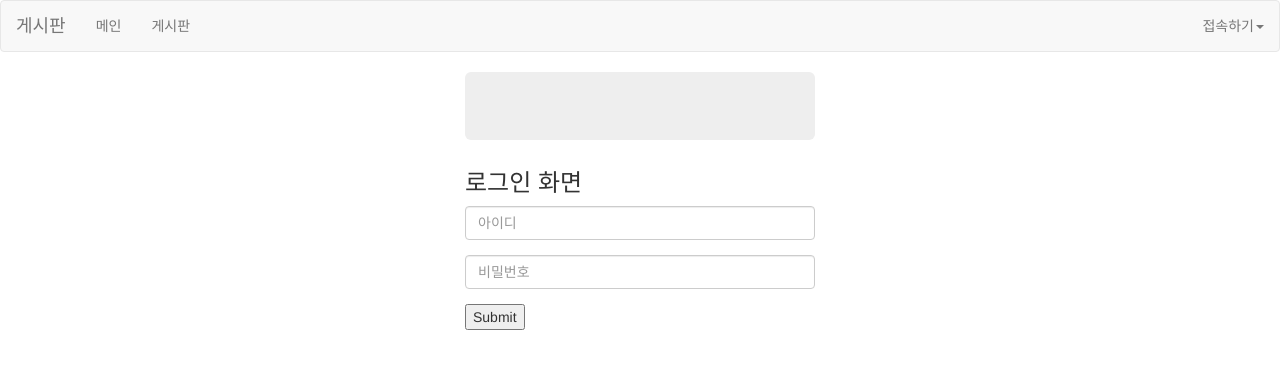
Repository: hojun324/myproject
Page: http://localhost/BBS/login.jsp
An editor plug-in stored every save of this project. The page is shown before and after the next save, followed by the edit.
The browser window is 1280 px wide. The pictures show the whole page.
Some web libraries are served in a nearby version. The page is served by Tomcat 9.

Above is the page before, as saved 2021-04-16 07:22:43.

After the next save:
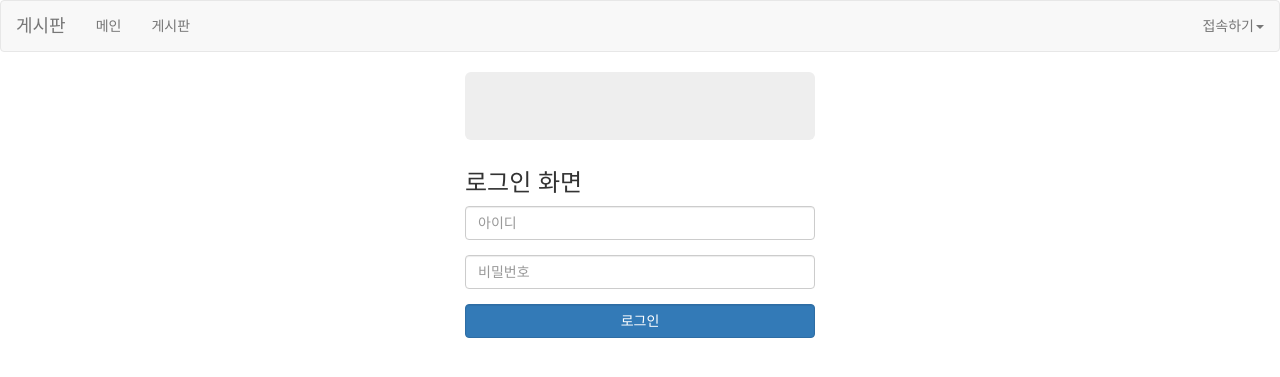
Saved 31 s later.
--- a/java/BBS/WebContent/login.jsp
+++ b/java/BBS/WebContent/login.jsp
@@ -51,7 +51,7 @@
 					<input type="password" class="form-control" placeholder="비밀번호"
 						name="userPassword" maxlength="20">
 				</div>
-				<input type="submit">
+				<input type="submit" class="btn btn-primary form-control" value="로그인">
 			</form>
 
 		</div>
